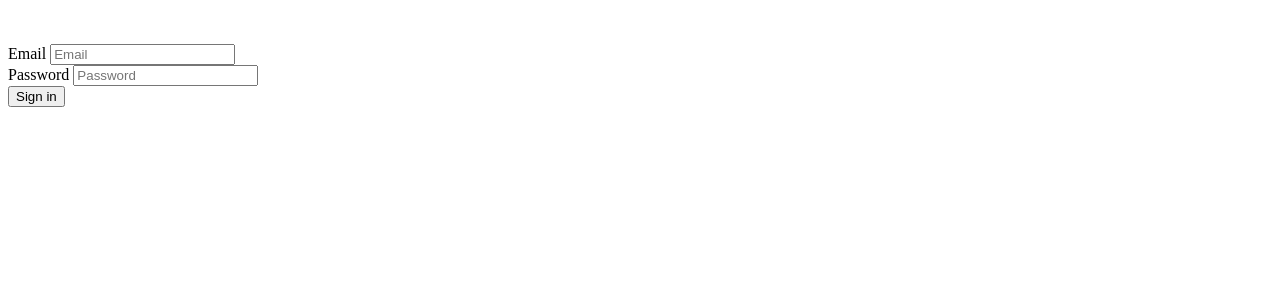
Repository: organicos/organicos.github.io
Page: partials/security/signin.html
The author's editor kept a record of every edit. The page is drawn from the files as they stood at one moment, then again after the next edit.
The browser window is 1280 px wide. The pictures show the whole page.

Above is the page before.

After the next edit:
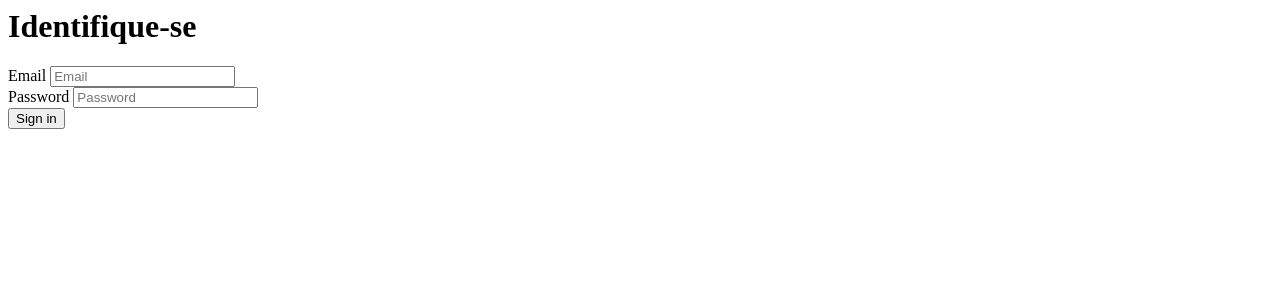
The edit:
--- a/partials/security/signin.html
+++ b/partials/security/signin.html
@@ -1,6 +1,6 @@
 <div class="row background-violet text-white">
     <div class="col-sm-offset-6 col-sm-12">
-        <br></br>
+        <h1>Identifique-se</h1>
         <form class="form" role="form" ng-submit="signin()">
             <div class="form-group">
                 <label for="email" class="control-label">Email</label>
